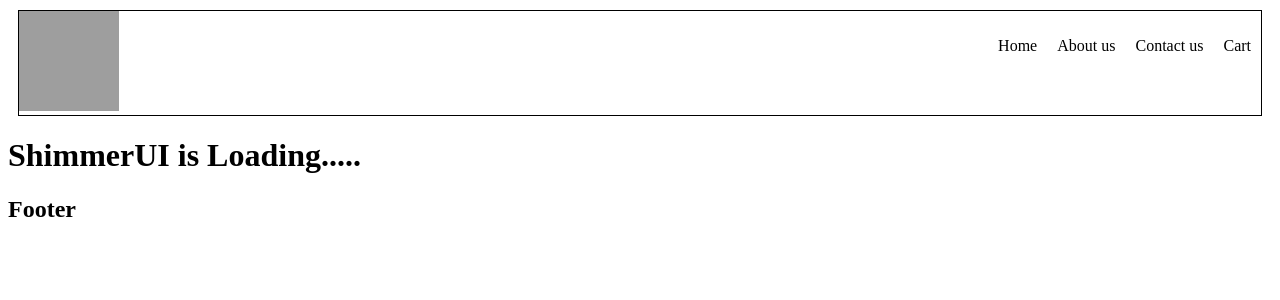
Repository: shivamv97/FOOD-VILLA-APP
Page: /
The author's editor kept a copy of each file at every save. The page is drawn from the files as they stood at one save, then again after the next save.
The browser window is 1280 px wide. The pictures show the whole page.
Pictures or frames that could not be fetched are drawn as grey boxes. The page's requests for data from a server got no answer. The project was rebuilt for these pictures with package versions that can differ from the ones it lists, and the page was loaded fresh each time. No one was signed in, and anything a server would have sent is missing. Also part of the build but not shown: src/components/RestaurantCards.js.

Above is the page before, as saved 2024-07-26 19:55:29.

After the next save:
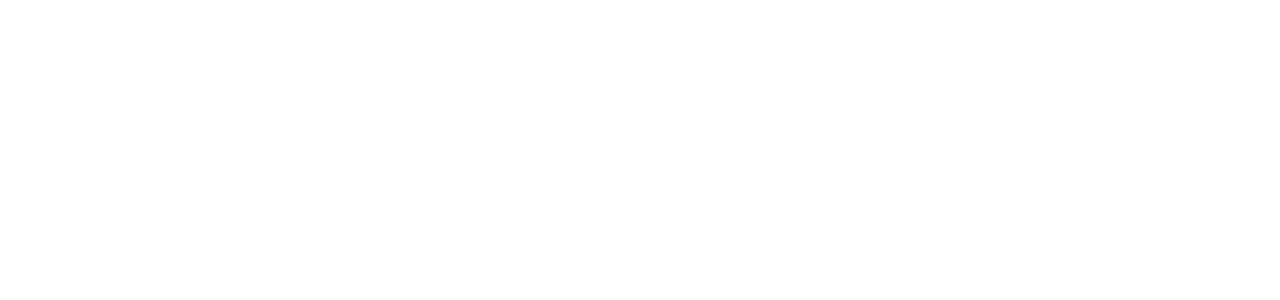
Console error: ReferenceError: restaurants is not defined
Saved 11 min 29 s later.
--- a/src/components/Body.js
+++ b/src/components/Body.js
@@ -12,7 +12,7 @@
 const Body = () => {
   // const searchTxt = "KFC"; //for reference...(IN JS)
 
-  const [restaurants, setRestaurants] = useState([]); //restaurantlist
+  const [FilteredRestaurants, setFilteredRestaurants] = useState([]); //restaurantlist
   const [searchText, setsearchText] = useState(""); //To create state variable.......(IN REACT)
   // console.log("render()");
 
@@ -64,7 +64,7 @@
         </button>
       </div>
       <div className="restaurant-list">
-        {restaurants.map((restaurant) => {
+        {FilteredRestaurants.map((restaurant) => {
           return (
             <RestrauntCard key={restaurant.info.id} {...restaurant.info} />
           );

After the 3 saves that followed:
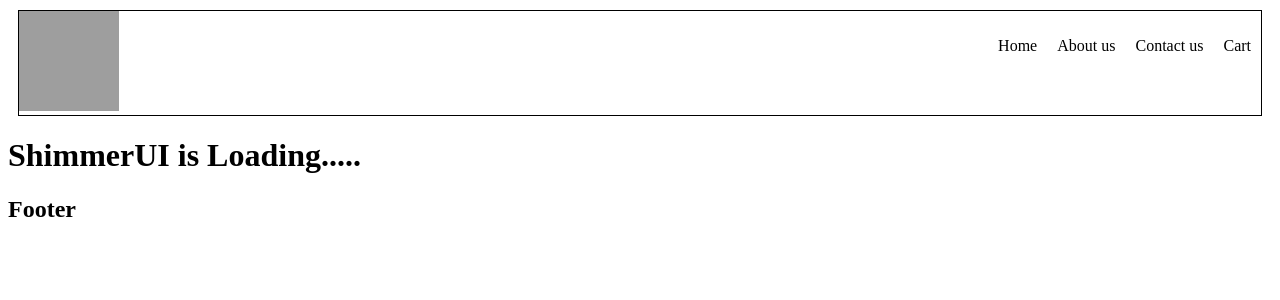
The error is gone.
The 3 saves are shown as one change because 2 left the picture as it was.
The last was saved 2 min 52 s later.
--- a/src/components/Body.js
+++ b/src/components/Body.js
@@ -11,7 +11,7 @@
 
 const Body = () => {
   // const searchTxt = "KFC"; //for reference...(IN JS)
-
+  const [AllRestaurants, setAllRestaurants] = useState([]);
   const [FilteredRestaurants, setFilteredRestaurants] = useState([]); //restaurantlist
   const [searchText, setsearchText] = useState(""); //To create state variable.......(IN REACT)
   // console.log("render()");
@@ -29,7 +29,7 @@
     console.log(json);
     //you have to make change only in line 32,in cards[i],where i is keep changing in the above api link,try from 0-11
     //it's an config-driven UI,Hence,it's Grid Element position keeps on changing.......
-    setRestaurants(
+    setAllRestaurants(
       json?.data?.cards[1]?.card?.card?.gridElements?.infoWithStyle?.restaurants
     );
   }
@@ -37,7 +37,7 @@
   console.log("render");
 
   //Conditional rendering
-  return restaurants.length == 0 ? (
+  return AllRestaurants.length == 0 ? (
     <Shimmer />
   ) : (
     <>
